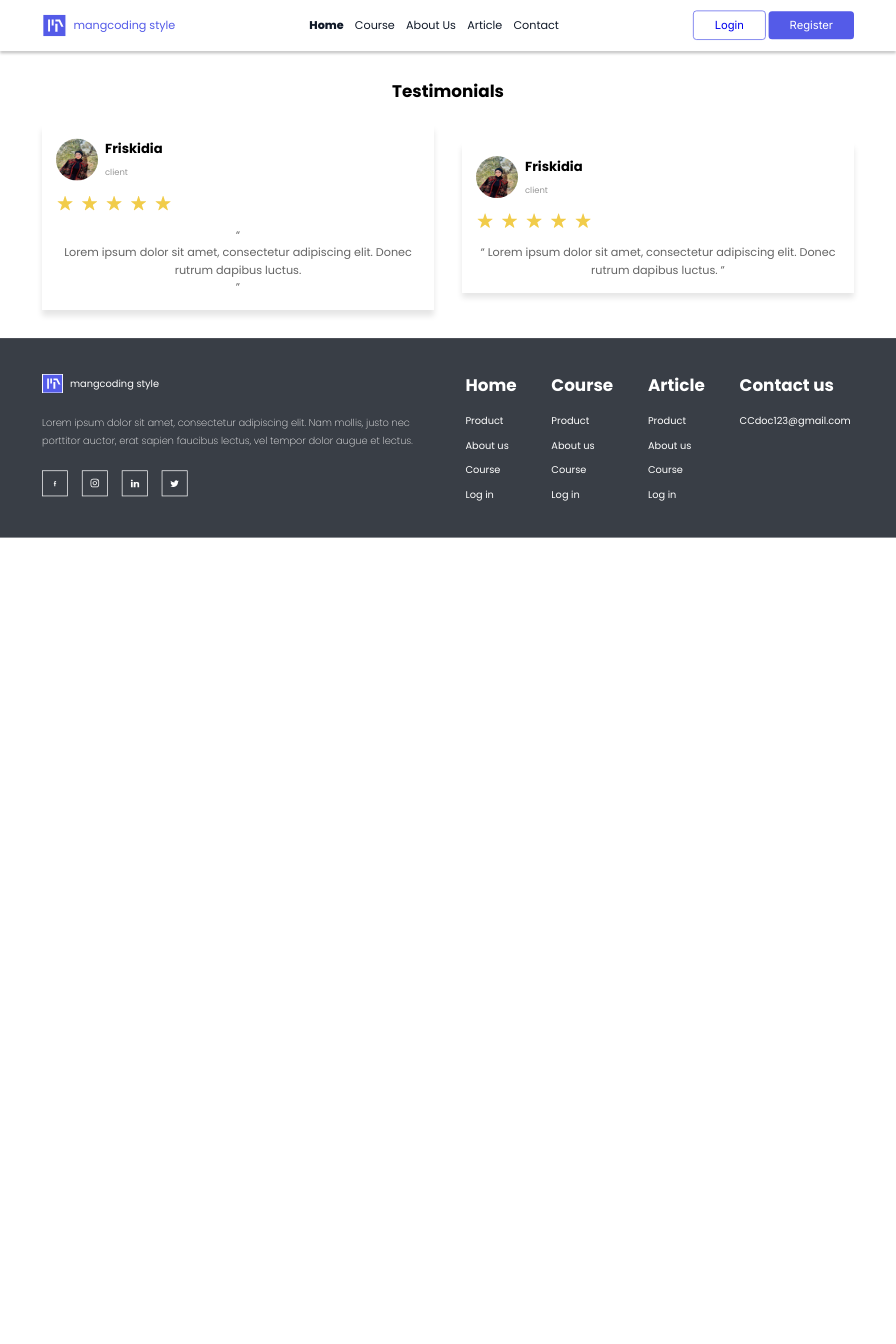
Repository: Dania-Alqam/landing-page
Page: index.html
An editor plug-in stored every save of this project. The page is shown before and after the next save, followed by the edit.
The browser window is 1280 px wide. The pictures show the part of the page from y = 0 to 1920 px (the page is 5000 px tall), at 70% of full size.

Above is the page before, as saved 2024-06-22 17:01:03.

After the next save:
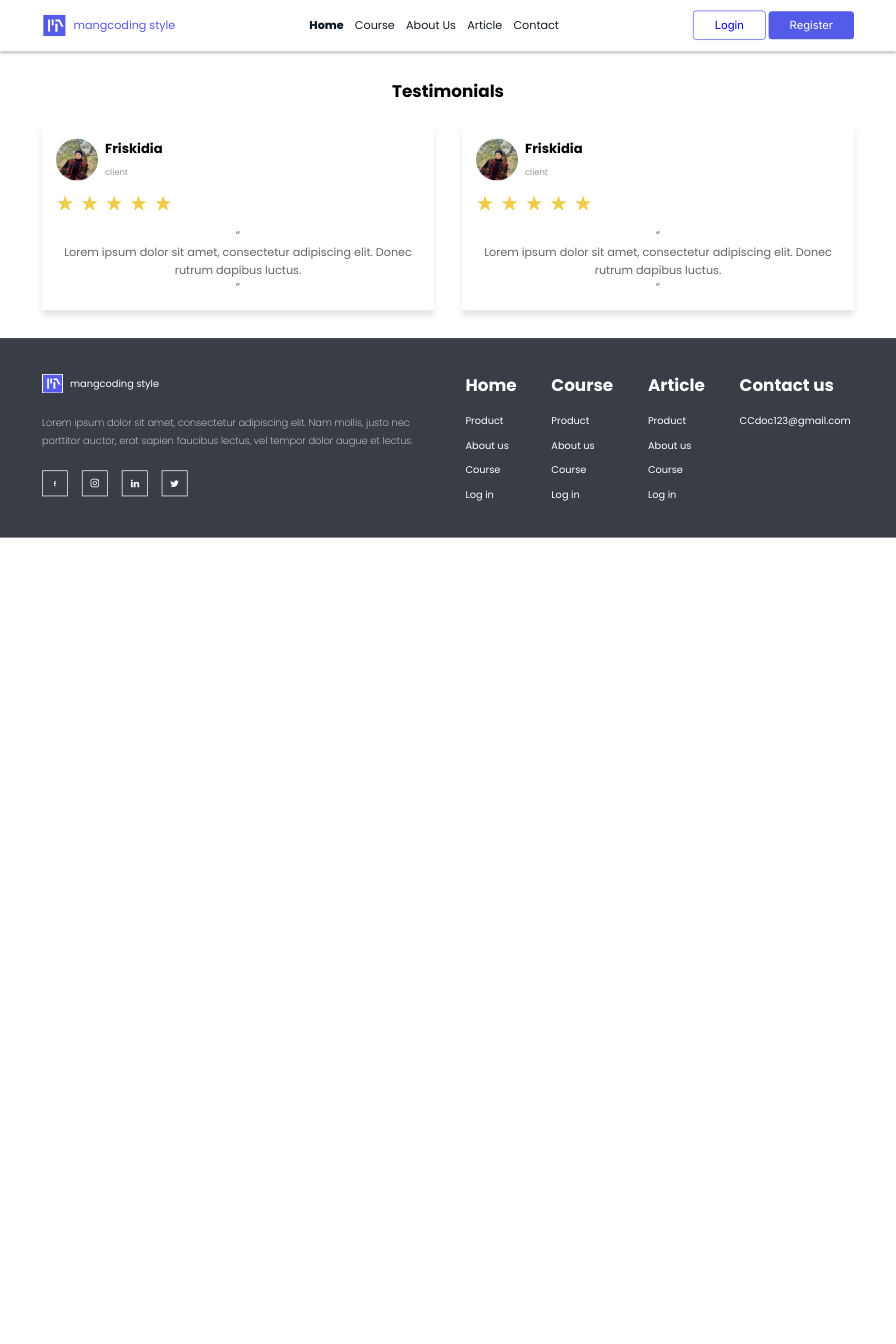
Saved 90 s later.
--- a/index.html
+++ b/index.html
@@ -93,8 +93,9 @@
                         </div>
                         <blockquote>
                             <q>
-                                Lorem ipsum dolor sit amet, consectetur adipiscing elit. Donec rutrum dapibus luctus.
-                            </q>
+                                <p> Lorem ipsum dolor sit amet, consectetur adipiscing elit. Donec rutrum dapibus
+                                    luctus.
+                                </p>                            </q>
                         </blockquote>
                     </div>
                 </div>
